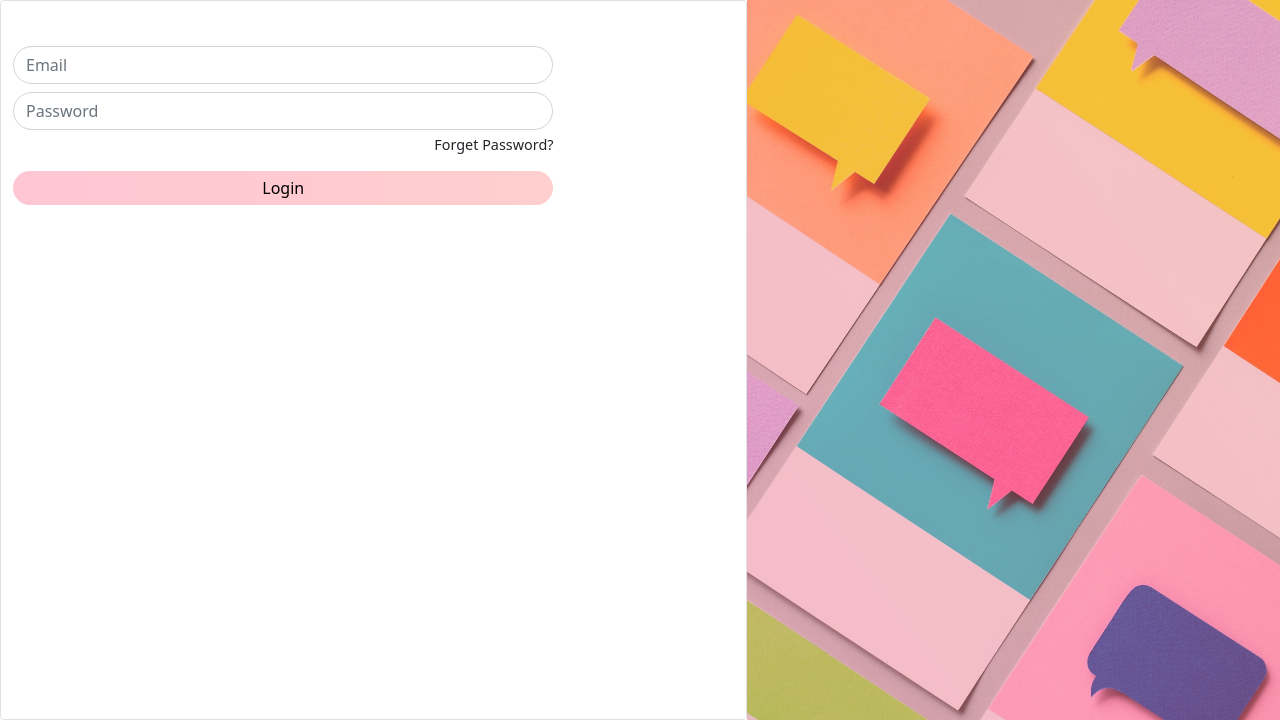
Repository: SaudCh/React-login
Page: /login
These files come from the project's save history. The page is drawn as it stood at one moment and after the next save; the edit follows.
The browser window is 1280 px wide. The pictures show the whole page.
The project was rebuilt for these pictures with package versions that can differ from the ones it lists, and the page was loaded fresh each time. Also part of the build but not shown: src/Components/Register/RegsiterCss.js, src/Components/Register/RegisterValidation.js, src/Components/Register/Register.jsx, src/Components/Home/Home.jsx.

Above is the page before, as saved 2022-02-06 12:29:48.

### src/App.js
import Login from './Components/Login/Login';
import Register from './Components/Register/Register'
import '../node_modules/bootstrap/dist/css/bootstrap.min.css'
import { Routes, Route } from 'react-router-dom'
import Home from './Components/Home/Home';

function App() {
  return (
    <Routes>
      <Route path="login" element={<Login />} />
      <Route path="register" element={<Register />} />
      <Route path="/" element={<Home />} />
      <Route path="*" element={<Register />} />
    </Routes >
  );
}

export default App;

### src/Components/Login/Login.jsx
import React, { useState } from "react";
import "./Login.css";
import { formStyle } from "./logincss";
import axios from "axios";
import { loginValidation } from "./loginValidation";

export default function Login() {
  const [email, setEmail] = useState();
  const [password, setPassword] = useState();
  const [error, setError] = useState("");

  const formSubmit = (e) => {
    setError("");
    e.preventDefault();
    const data = {
      email: email,
      password: password,
    };

    const errors = loginValidation(data);

    if (Object.keys(errors).length !== 0) {
      setError(errors);
      return;
    }

    axios
      .post("http://localhost:5000/api/user/login", data)
      .then(function (response) {
        console.log(response);
      })
      .catch(function (error) {
        let err;
        if (error.response) {
          err = error.response.data.message;
        } else if (error.request) {
          err = error.toJSON().message;
        } else {
          err = error.message;
        }
        setError({ api: err });
      });
  };

  return (
    <div>
      <div className="container-fluid">
        <div className="row">
          <div className="col-10 col-md-7 border rounded">
            <form onSubmit={formSubmit} className="col-9">
              {error.api && <p className="text-danger p-0 m-0">{error.api}</p>}
              <div className="my-2">
                <h4 className="text-white">Login </h4>
              </div>
              <div className="form-group my-2">
                <input
                  style={formStyle}
                  value={email}
                  onChange={(email) => setEmail(email.target.value)}
                  type="email"
                  class="form-control"
                  id="email"
                  placeholder={"Email"}
                />
                {error.email && (
                  <p className="text-danger p-0 m-0">{error.email}</p>
                )}
              </div>
              <div className="form-group mt-2 mb-1">
                <input
                  style={formStyle}
                  value={password}
                  onChange={(password) => setPassword(password.target.value)}
                  type="password"
                  class="form-control"
                  id="password"
                  placeholder="Password"
                />
                {error.password && (
                  <p className="text-danger p-0 m-0">{error.password}</p>
                )}
              </div>
              <div className="my-1">
                  <p className="text-end p-0" style={{ fontSize: "0.9rem" }}>
                    Forget Password?
                  </p>
                <button className="login-btn">Login</button>
              </div>
            </form>
          </div>
          <div className="col-md-5 login-background-image "></div>
        </div>
      </div>
    </div>
  );
}

### src/Components/Login/Login.css
:root {
  --primary: rgba(254, 113, 145, 0.4);
  --secondary: rgba(255, 133, 133, 0.4);
}
.login-background-image {
  height: 100vh;
  width: 100vw;

  background: linear-gradient(to top right, var(--primary), var(--secondary)),
    url("../Images/back.jpg") no-repeat center center / cover;
}

.login-btn {
  width: 100%;
  border: none;
  border-radius: 25px;
  padding: 5px 0;
  background: linear-gradient(to right, var(--primary), var(--secondary));
}

input:hover,
input:active,
input:focus,
input:-webkit-autofill {
  outline: 0px !important;
  -webkit-appearance: none;
  box-shadow: none !important;
}
input:-webkit-autofill,
input:-webkit-autofill:focus {
  transition: background-color 600000s 0s, color 600000s 0s;
}

### src/Components/Login/logincss.js
export const formStyle = {
    backgroundColor: "transparent",
    borderRadius: 25,
};

### src/Components/Login/loginValidation.js
export const loginValidation = (data) => {
    let errors = {};

    if (!data.email) {
        errors.email = "Email Is Required."
    }
    else if (!/\S+@\S+\.\S+/.test(data.email)) {
        errors.email = "Invalid Email"
    }
    if (!data.password) {
        errors.password = "Password is required."
    }
    else if (data.password.length < 6) {
        errors.password = "Password Must be more than Six Characters"
    }
    return errors;

}

### src/Components/Register/Register.css
.background-image {
  background-image: linear-gradient(rgba(0, 0, 0, 0.2), rgba(0, 0, 0, 0.2)),
    url("../Images/back.jpg");
  background-position: center;
  background-repeat: no-repeat;
  background-size: cover;

  height: 100vh;
  justify-content: center;
  align-items: center;

  position: relative;
  z-index: 1;
}
.background-image::before {
  content: "";
  position: absolute;
  background: inherit;
  top: 0;
  bottom: 0;
  left: 0;
  right: 0;
  filter: blur(1px);
  z-index: -1;
}

.background-text {
  padding: 20px 0px;
  display: flex;
  justify-content: center;
  align-items: center;

  box-shadow: 0 0 1rem 0 rgba(0, 0, 0, 0.2);
  position: relative;
  background: inherit;
  z-index: 1;
}
.background-text::before {
  content: "";
  position: absolute;
  background: inherit;
  top: 0;
  bottom: 0;
  left: 0;
  right: 0;
  box-shadow: inset 0 0 2000px rgba(255, 255, 255, 0.3);
  /* filter: blur(1px); */
  z-index: -1;
}

input:hover,
input:active,
input:focus,
input:-webkit-autofill {
  outline: 0px !important;
  -webkit-appearance: none;
  box-shadow: none !important;
}
input:-webkit-autofill,
input:-webkit-autofill:focus {
  transition: background-color 600000s 0s, color 600000s 0s;
}

Loaded but not shown: public/index.html (common file); src/index.js (common file); src/index.css (common file); src/reportWebVitals.js (common file)

After the next save:
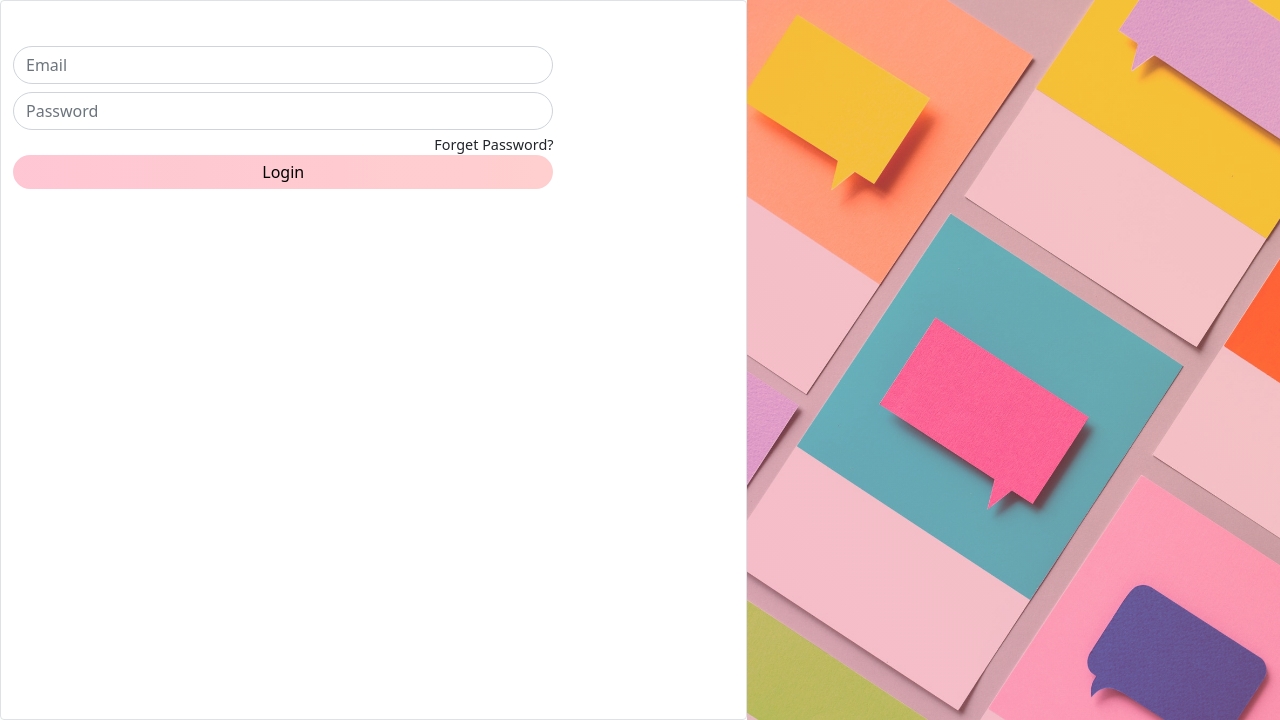
Saved 8 s later.
--- a/src/Components/Login/Login.jsx
+++ b/src/Components/Login/Login.jsx
@@ -81,7 +81,7 @@ export default function Login() {
                 )}
               </div>
               <div className="my-1">
-                  <p className="text-end p-0" style={{ fontSize: "0.9rem" }}>
+                  <p className="text-end p-0 m-0" style={{ fontSize: "0.9rem" }}>
                     Forget Password?
                   </p>
                 <button className="login-btn">Login</button>
